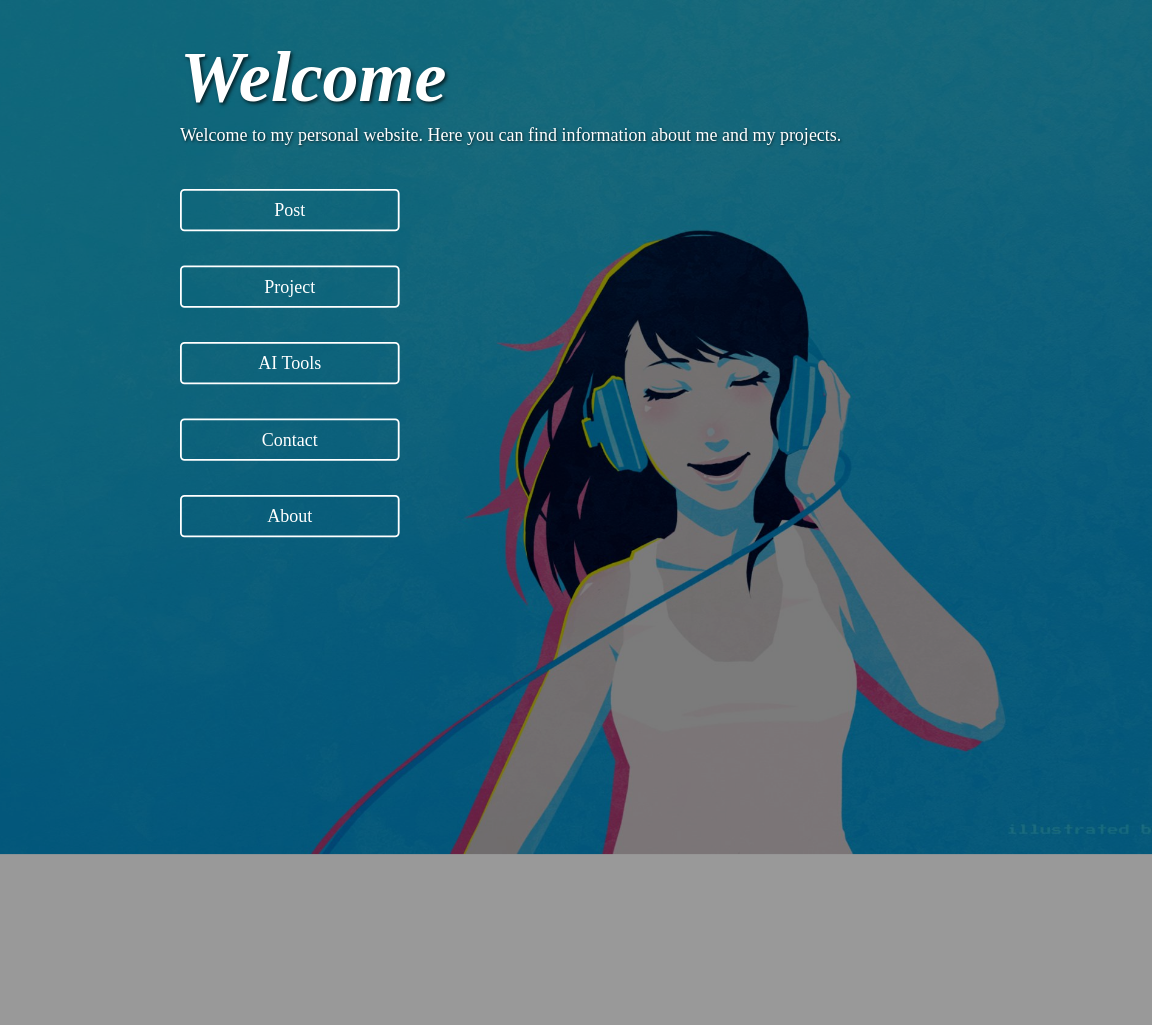
Repository: cydxf/cydxf.github.io
Page: index.html
The author's editor kept a copy of each file at every save. The page is drawn from the files as they stood at one save, then again after the next save.
The browser window is 1280 px wide. The pictures show the whole page, at 90% of full size.

Above is the page before, as saved 2024-08-02 02:37:08.

After the next save:
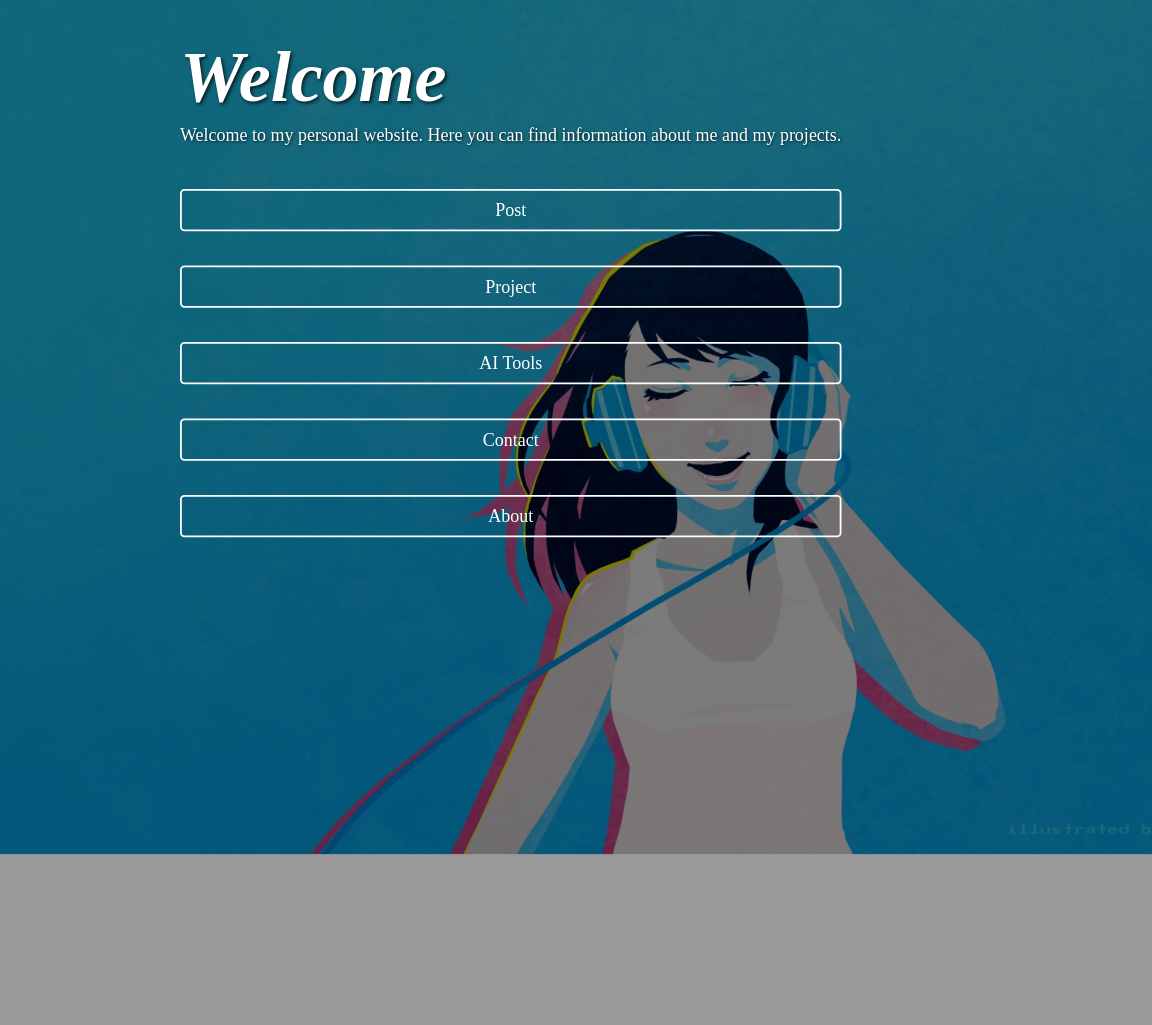
Saved 113 s later.
--- a/css/styles.css
+++ b/css/styles.css
@@ -73,8 +73,8 @@ body, html {
     text-decoration: none;
     text-align: center;
     transition: background-color 0.3s ease, color 0.3s ease; /* Smooth transition on hover */
-    max-width: 200px; /* Limit maximum width */
     width: auto; /* Allow width to adjust based on content */
+    white-space: nowrap; /* Prevent text wrapping */
 }
 
 .button:hover {
